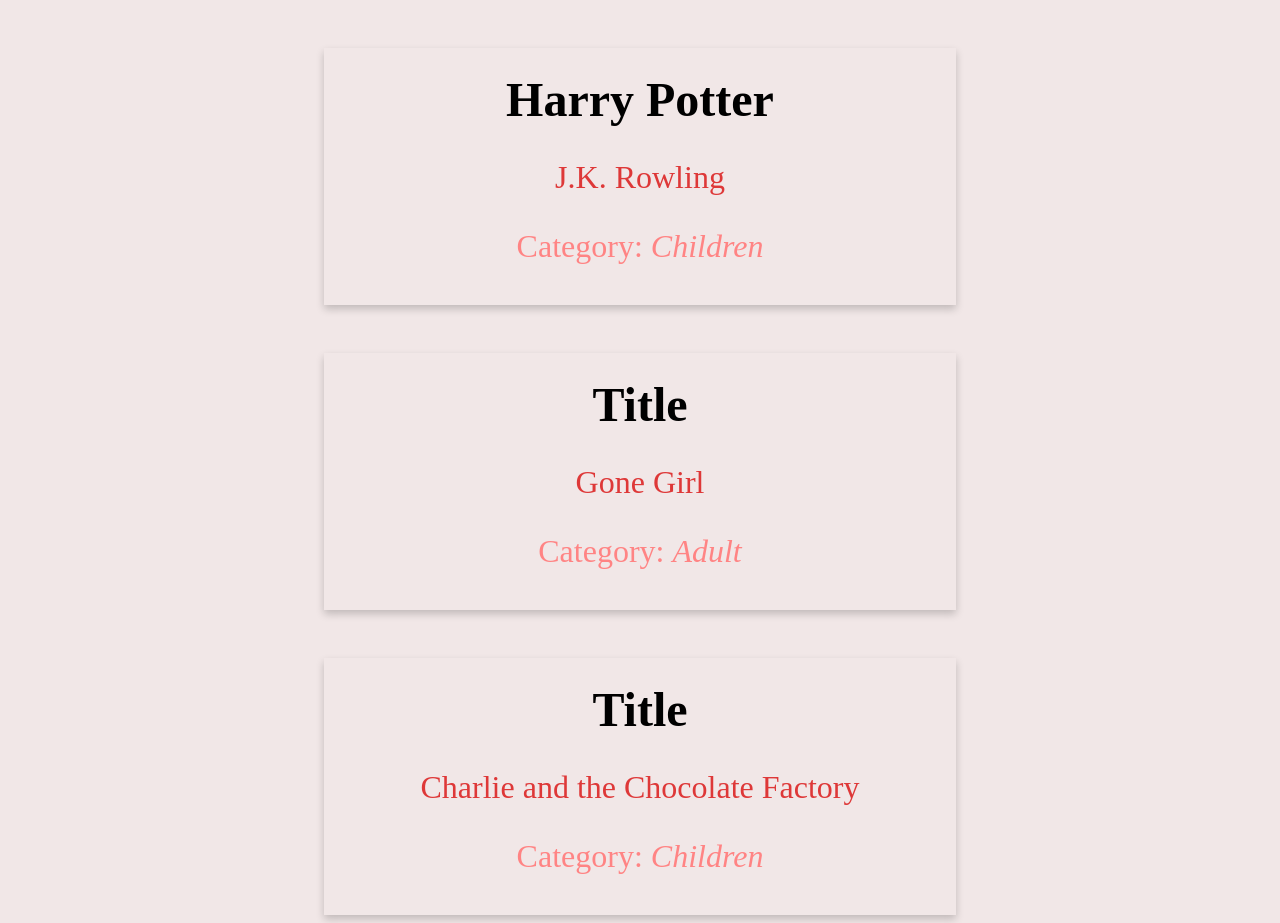
Repository: cyborgEneki/archangel-code-challenge
Page: index.html
These files come from the project's save history. The page is drawn as it stood at one moment and after the next save; the edit follows.
The browser window is 1280 px wide. The pictures show the whole page.
The style sheet was rebuilt from its Sass, Less or Tailwind sources for each picture, by a compiler version that may differ from the author's.

Above is the page before, as saved 2020-11-05 14:23:46.

### index.html
<!DOCTYPE html>
<html lang="en">

<head>
    <link rel="stylesheet" href="assets/css/styles.css">
</head>

<body>
    <div id="main"></div>
    <script src="bower_components/handlebars/handlebars.min.js"></script>
    <script src="bower_components/jquery/dist/jquery.min.js"></script>
    <script type="text/x-handlebars-template" id="template-script">
            <div class="card">
                <div class="card__container">
                    <div class="card__heading"><b>Harry Potter</b></div>
                    <p class="card__title-text">J.K. Rowling</p>
                    <p class="card__category-text">Category: <i>Children</i></p>
                </div>
            </div>
            <div class="card">
                <div class="card__container">
                    <div class="card__heading"><b>Title</b></div>
                    <p class="card__title-text">Gone Girl</p>
                    <p class="card__category-text">Category: <i>Adult</i></p>
                </div>
            </div>
            <div class="card">
                <div class="card__container">
                    <div class="card__heading"><b>Title</b></div>
                    <p class="card__title-text">Charlie and the Chocolate Factory</p>
                    <p class="card__category-text">Category: <i>Children</i></p>
                </div>
            </div>
    </script>
    <script src="assets/js/books.js"></script>
    <script src="assets/js/index.js"></script>
</body>
</html>


<!-- <p class="card__text">{{compareEquality a b real makeBelieve}}!</p> -->
<!-- books -->
<!-- If category is not children, don't show -->

### assets/js/index.js
$(function () {
    Handlebars.registerHelper("compareEquality", function (a, b, real, makeBelieve) {
        if (a == b) {
            return real;
        } else {
            return makeBelieve;
        };
    });
    let template = $('#template-script').html(),
        compiled = Handlebars.compile(template),
        rendered = compiled({
            a: 1,
            b: 1,
            real: 'an oblate spheroid',
            makeBelieve: 'flat'
        });
    $('#main').html(rendered);
});

### scss/styles.scss
$peach: #f1e7e7;

body {
    background-color: $peach;
}

.card {
    box-shadow: 0 4px 8px 0 rgba(0, 0, 0, 0.2);
    transition: 0.3s;
    width: 50%;
    margin: 0 auto;

    &__container {
        padding: 0.5rem 1rem;
        margin-top: 3rem;
    }

    &__heading {
        font-size: 3rem;
        text-align: center;
        margin: 1rem auto;
    }

    &__title-text {
        text-align: center;
        font-size: 2rem;
        color: #de3838;
    }

    &__category-text {
        text-align: center;
        font-size: 2rem;
        color: #ff8484;
    }
}

Loaded but not shown: bower_components/handlebars/handlebars.min.js (library); bower_components/jquery/dist/jquery.min.js (library); assets/js/books.js (no stored copy; drawn as an empty file)

After the next save:
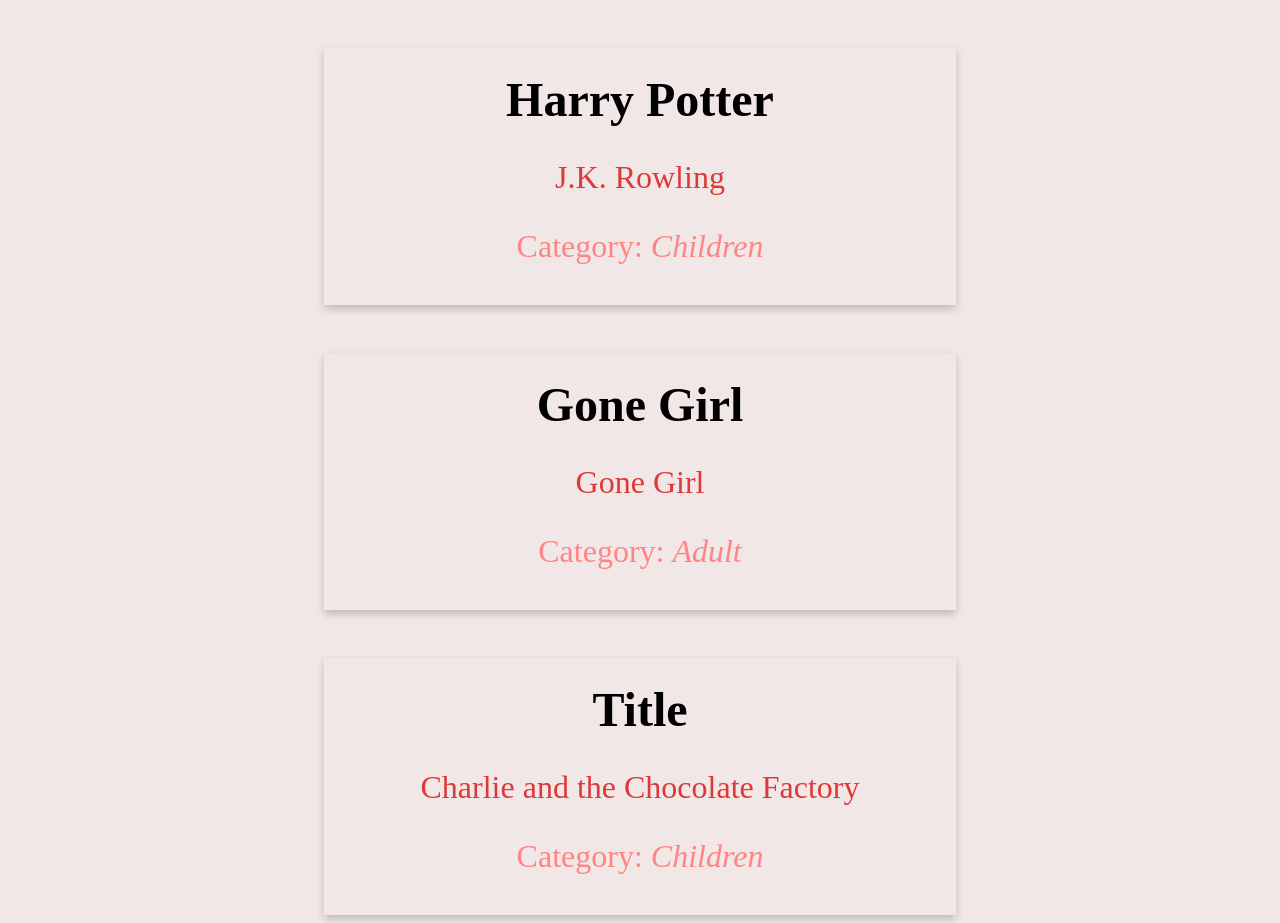
Saved 4 s later.
--- a/index.html
+++ b/index.html
@@ -19,7 +19,7 @@
             </div>
             <div class="card">
                 <div class="card__container">
-                    <div class="card__heading"><b>Title</b></div>
+                    <div class="card__heading"><b>Gone Girl</b></div>
                     <p class="card__title-text">Gone Girl</p>
                     <p class="card__category-text">Category: <i>Adult</i></p>
                 </div>
